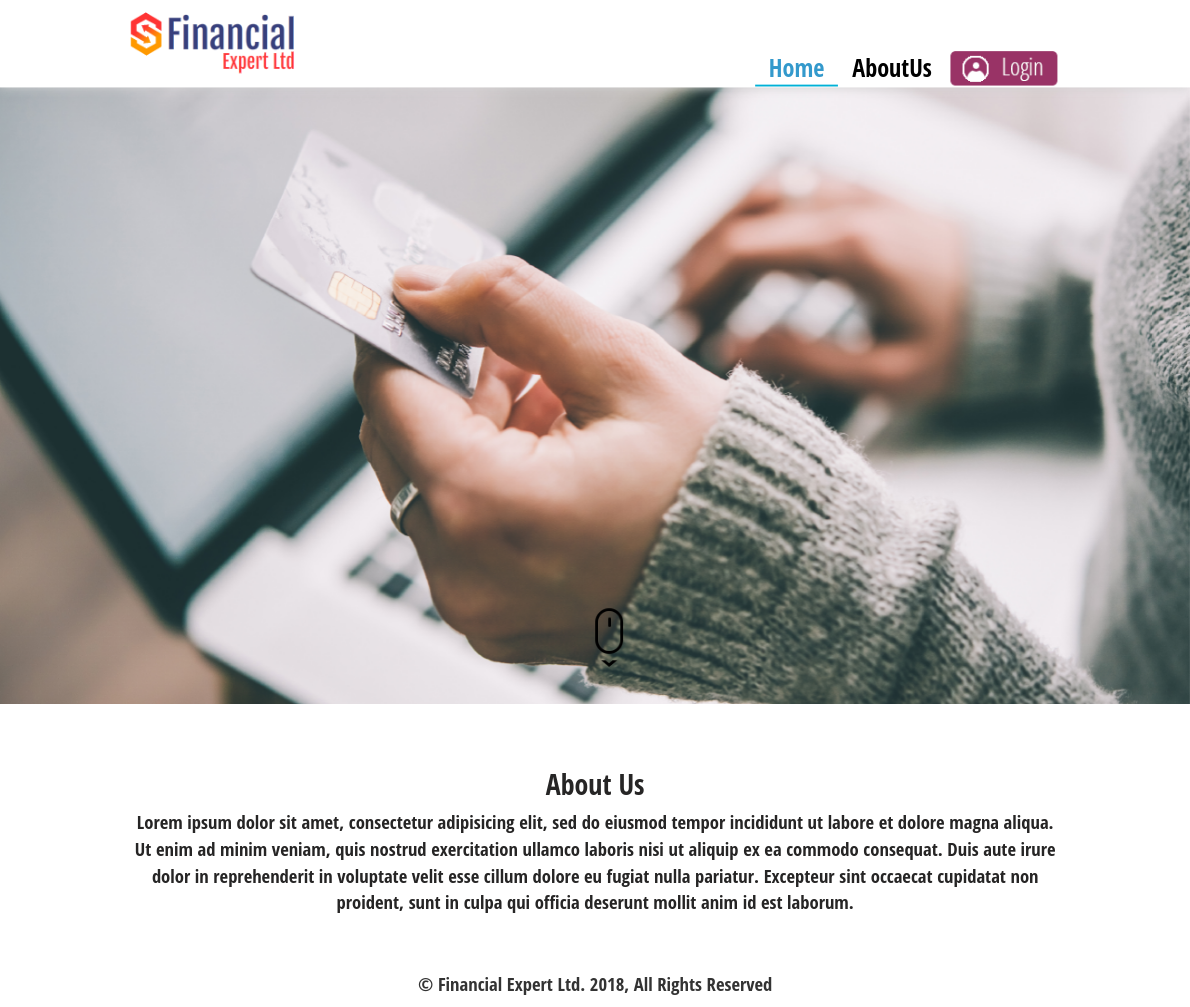
Repository: intkhabahmed/AcceleratedBootcampWebsites
Page: http://localhost/BenefitsCards/UI/index.jsp
The author's editor kept a copy of each file at every save. The page is drawn from the files as they stood at one save, then again after the next save.
The browser window is 1280 px wide. The pictures show the whole page, at 93% of full size.
Some web fonts or font styles are not loaded; a fallback is used. The page is served by Tomcat 9. Nobody is signed in. The application's start-up code is not run.

Above is the page before, as saved 2018-01-29 06:48:09.

After the next save:
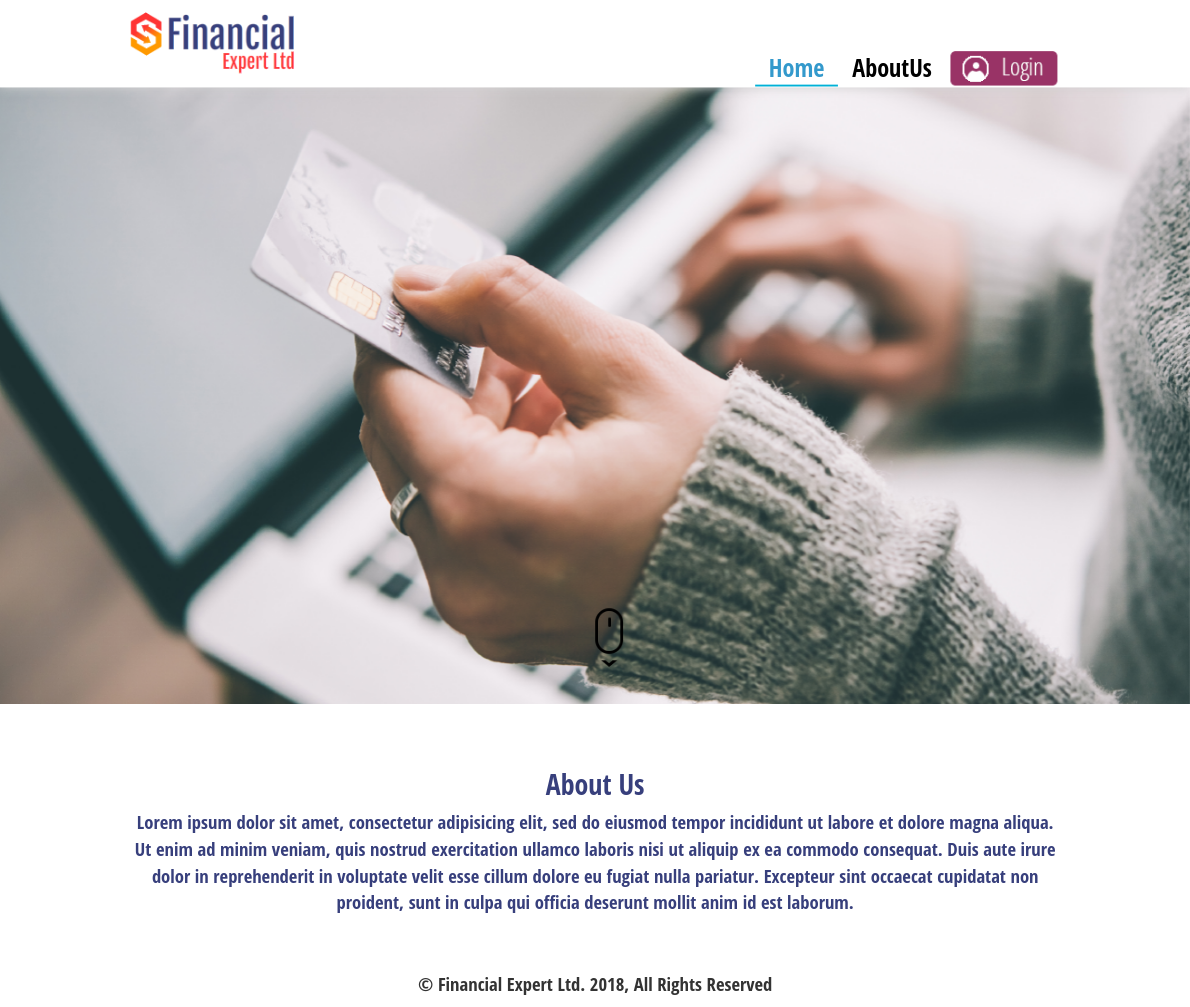
Saved 31 s later.
--- a/BenefitsCards/WebContent/css/custom.css
+++ b/BenefitsCards/WebContent/css/custom.css
@@ -340,7 +340,7 @@ textarea {
 
 #aboutus {
 	padding: 10px;
-	color: #262525;
+	color: #373f7c;
 }
 .carousel-control {
 	top: 50%;
